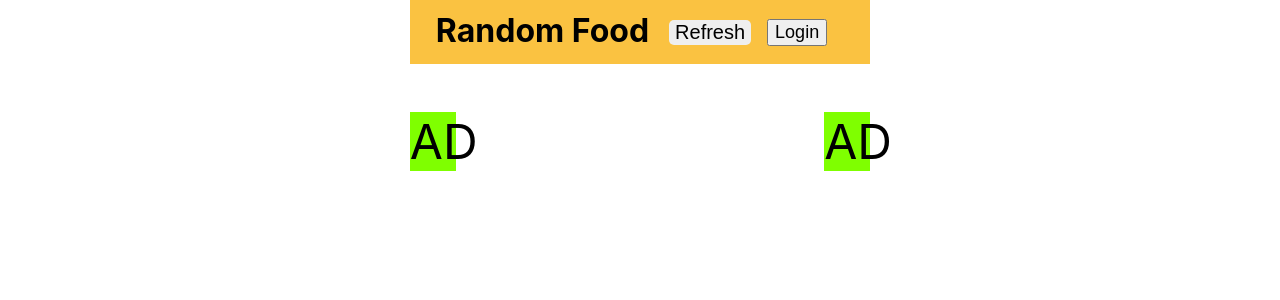
Repository: limjoohyun2030/random-food
Page: /random-food/home
The author's editor kept a copy of each file at every save. The page is drawn from the files as they stood at one save, then again after the next save.
The browser window is 1280 px wide. The pictures show the whole page.
The page's requests for data from a server got no answer. The project was rebuilt for these pictures with package versions that can differ from the ones it lists, and the page was loaded fresh each time. A package was used in the major version that the imports need, not the one package.json lists. No one was signed in, and anything a server would have sent is missing. Also part of the build but not shown: src/components/food_detail/food_detail.module.css, src/components/food_detail/food_detail.jsx, src/components/food_item/food_item.module.css, src/components/food_item/food_item.jsx, src/components/login/login.module.css, src/components/login/login.jsx.

Above is the page before, as saved 2021-11-11 17:41:18.

### public/index.html
<!DOCTYPE html>
<html lang="en">
  <head>
    <meta charset="utf-8" />
    <link rel="icon" href="/images/foodIcon.ico" />
    <meta name="viewport" content="width=device-width, initial-scale=1" />
    <meta name="theme-color" content="#000000" />
    <meta
      name="description"
      content="Web site created using create-react-app"
    />

    <title>Random Food</title>
  </head>
  <body>
    <noscript>You need to enable JavaScript to run this app.</noscript>
    <div id="root"></div>
  </body>
</html>

### src/index.js
import React from "react";
import ReactDOM from "react-dom";
import "./index.css";
import App from "./app";
import AuthService from "./service/auth_service";

const authService = new AuthService();

ReactDOM.render(
  <React.StrictMode>
    <App authService={authService} />
  </React.StrictMode>,
  document.getElementById("root")
);

### src/index.css
body {
  margin: 0;
  padding: 0;
  font-family: -apple-system, BlinkMacSystemFont, "Segoe UI", "Roboto", "Oxygen",
    "Ubuntu", "Cantarell", "Fira Sans", "Droid Sans", "Helvetica Neue",
    sans-serif;
  -webkit-font-smoothing: antialiased;
  -moz-osx-font-smoothing: grayscale;
}

code {
  font-family: source-code-pro, Menlo, Monaco, Consolas, "Courier New",
    monospace;
}

* {
  box-sizing: border-box;
}

#root {
  display: flex;
  justify-content: center;
}

### src/app.jsx
import { useEffect, useState, useRef } from "react";
import { BrowserRouter, Route, Switch } from "react-router-dom";
import styles from "./app.module.css";
import FoodDetail from "./components/food_detail/food_detail";
import FoodList from "./components/food_list/food_list";
import Header from "./components/header/header";
import Login from "./components/login/login";


function App({ authService }) {
  const ref = useRef();
  const [foods, setFoods] = useState([]);
  const [isSelectedFood, setIsSelectedFood] = useState();
  const [isFoodOpen, setIsFoodOpen] = useState(false);
  const [isRefresh, setIsRefresh] = useState(false);

  const selectFood = (food) => {
    setIsSelectedFood(food);
  };

  const onRefreshClick = () => {
    setIsRefresh((oldstate) => !oldstate);
  };

  useEffect(() => {
    const myHeaders = new Headers();
    myHeaders.append("Content-Type", "application/json");

    const requestOptions = {
      method: "GET",
      headers: myHeaders,
      redirect: "follow",
    };

    fetch(
      "https://api.spoonacular.com/recipes/random?number=4&apiKey=92cedfb0b9e844679738e6c6c90cd453",
      requestOptions
    )
      .then((response) => response.json())
      .then((result) => setFoods(result.recipes))
      .catch((error) => console.log("error", error));
  }, [isRefresh]);

  useEffect(() => {
    const checkIfClickedOutside = (e) => {
      if (isFoodOpen && ref.current && !ref.current.contains(e.target)) {
        setIsFoodOpen(false);
      }
    };

    document.addEventListener("mousedown", checkIfClickedOutside);

    return () => {
      document.removeEventListener("mousedown", checkIfClickedOutside);
    };
  }, [isFoodOpen]);

  return (
    <div className={styles.app}>
      <BrowserRouter>
        <Switch>
          <Route
            exact
            path="/random-food/"
            render={() => <Login authService={authService} />}
          />

          <Route
            path="/random-food/home"
            render={() => (
              <div>
                <Header onRefreshClick={onRefreshClick} />
                <section>
                  <div className={styles.detail}>
                    {isFoodOpen && <FoodDetail food={isSelectedFood} />}
                  </div>

                  <div
                    className={styles.list}
                    onClick={() => setIsFoodOpen((oldstate) => !oldstate)}
                  >
                    <FoodList
                      foods={foods}
                      onFoodClick={selectFood}
                      ref={ref}
                    />
                  </div>
                </section>
              </div>
            )}
          />
          <Route path="*">
            <h2>Page Not Found</h2>
          </Route>
        </Switch>
      </BrowserRouter>
    </div>
  );
}

export default App;

### src/service/auth_service.js
import firebase from "firebase";
import firebaseApp from "./firebase";

class AuthService {
  login() {
    const authProvider = new firebase.auth.GoogleAuthProvider();
    return firebaseApp.auth().signInWithPopup(authProvider);
  }
}

export default AuthService;

### src/app.module.css
/* @value makerLightOrange from './common/colors.css'; */

.app {
  max-width: 100rem;
  /* background-image: url("https://image.freepik.com/free-photo/spaghetti-with-spicy-mixed-seafood-dark-background_1150-45297.jpg"); */
  background-repeat: no-repeat;
  background-size: 100vw 100vh;
}

.content {
  position: relative;
}

.detail {
  z-index: 2;
  /* margin: auto 0; */
  margin-top: 1.3em;
  height: 520px;
  width: auto;
  position: absolute;
  background-color: #dfe08e;
}

.list {
  /* visibility: hidden; */
  z-index: 1;
}

### src/components/food_list/food_list.jsx
import React from "react";
import FoodItem from "../food_item/food_item";
import styles from "./food_list.module.css";

const FoodList = React.forwardRef(({ foods, onFoodClick }, ref) => {
  return (
    <section className={styles.foodBox}>
      <div className={styles.sidebarLeft}>AD</div>
      <ul className={styles.foods}>
        {foods &&
          foods.map((food) => (
            <FoodItem
              key={food.id}
              food={food}
              onFoodClick={onFoodClick}
              ref={ref}
            />
          ))}
      </ul>
      <div className={styles.sidebarRight}>AD</div>
    </section>
  );
});

export default FoodList;

### src/components/header/header.jsx
import styles from "./header.module.css";
import React from "react";

const Header = ({ onRefreshClick }) => {
  return (
    <header className={styles.header}>
      <div className={styles.leftbox}>
        {/* <img
          className={styles.foodIcon}
          src="https://github.com/Sweetpotatopizza/random-food/blob/main/public/images/reloadIcon.png"
          alt="logo"
        /> */}
        <h1 className={styles.title}>Random Food</h1>
        <button className={styles.reloadBox} onClick={onRefreshClick}>
          Refresh
          {/* <img
            className={styles.reloadBtn}
            src="/images/reload.png"
            alt="reload"
          /> */}
        </button>
      </div>
      {/* fontawesome needed */}
      <div className={styles.rightbox}>
        {/* <button className={styles.like}>Like</button> */}
        <button className={styles.login}>Login</button>
      </div>
    </header>
  );
};

export default Header;

### src/service/firebase.js
// Import the functions you need from the SDKs you need
// import { initializeApp } from "firebase/app";
import firebase from "firebase";

// TODO: Add SDKs for Firebase products that you want to use
// https://firebase.google.com/docs/web/setup#available-libraries

// Your web app's Firebase configuration
// For Firebase JS SDK v7.20.0 and later, measurementId is optional
const firebaseConfig = {
  apiKey: process.env.REACT_APP_FIREBASE_API_KEY,
  authDomain: process.env.REACT_APP_FIREBASE_AUTH_DOMAIN,
  databaseURL: process.env.REACT_APP_FIREBASE_DB_URL,
  projectId: process.env.REACT_APP_FIREBASE_PROJECT_ID,
  appId: process.env.REACT_APP_FIREBASE_APP_ID,
};

// console.log(process.env.REACT_APP_FIREBASE_API_KEY);
// Initialize Firebase
const firebaseApp = firebase.initializeApp(firebaseConfig);
export default firebaseApp;

### src/components/food_list/food_list.module.css
.foodBox {
  display: flex;
}

.foods {
  display: flex;
  flex-wrap: wrap;
  list-style: none;
  justify-content: center;
  align-items: center;
  width: 90%;
  margin: 1em auto;
  padding: 0;
  position: relative;
}

.sidebarLeft {
  background-color: chartreuse;
  margin-top: 1em;
  font-size: 3em;
  width: 10%;
  cursor: blocked;
  position: relative;
}

.sidebarLeft::after {
  position: absolute;
  z-index: 2;
}

.sidebarRight {
  background-color: chartreuse;
  margin-top: 1em;
  font-size: 3em;
  width: 10%;
  cursor: blocked;
  position: relative;
}

.sidebarRight::after {
  position: absolute;
  z-index: 2;
}

@media screen and (max-width: 769px) {
  .foods {
    flex-direction: column;
    flex-wrap: nowrap;
    width: 100%;
  }
}

### src/components/header/header.module.css
/* @value makerOrange from '../../common/colors.css'; */

.header {
  display: flex;
  height: 4rem;
  padding: 0.8em 1em;
  background-color: #fac241;
  align-items: center;
  justify-content: space-between;
}

.leftbox {
  display: flex;
  align-items: center;
  margin-right: 1em;
}

.title {
  margin-top: 19px;
  margin-left: 10px;
}

.foodIcon {
  width: 50px;
  height: 50px;
}

.reloadBox {
  font-size: 20px;
  border-radius: 5px;
  border: none;
  margin-left: 1em;
  transition: transform 200ms ease-in-out;
}

.reloadBox:hover {
  cursor: pointer;
  transform: scale(1.07);
}

.reloadBtn {
  width: 40px;
  height: 40px;
}

.reloadBtn:hover {
  cursor: pointer;
  animation-name: spin;
  animation-duration: 2000ms;
  animation-iteration-count: infinite;
  animation-timing-function: linear;
}

@keyframes spin {
  from {
    transform: rotate(0deg);
  }
  to {
    transform: rotate(360deg);
  }
}

.like {
  margin-right: 1.5em;
  font-size: large;
  cursor: pointer;
  transition: transform 200ms ease-in-out;
}

.like:hover {
  transform: scale(1.07);
}

.login {
  margin-right: 1.5em;
  font-size: large;
  cursor: pointer;
}

After the next save:
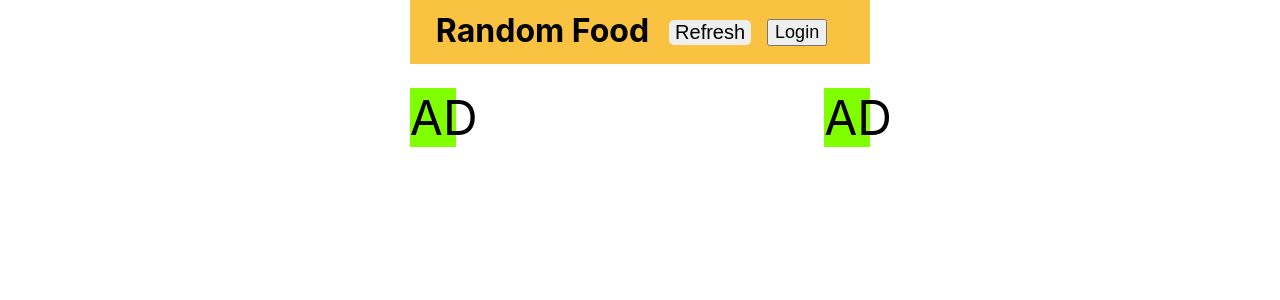
Saved 5 s later.
--- a/src/components/food_list/food_list.module.css
+++ b/src/components/food_list/food_list.module.css
@@ -16,7 +16,7 @@
 
 .sidebarLeft {
   background-color: chartreuse;
-  margin-top: 1em;
+  margin-top: 0.5em;
   font-size: 3em;
   width: 10%;
   cursor: blocked;
@@ -30,7 +30,7 @@
 
 .sidebarRight {
   background-color: chartreuse;
-  margin-top: 1em;
+  margin-top: 0.5em;
   font-size: 3em;
   width: 10%;
   cursor: blocked;
